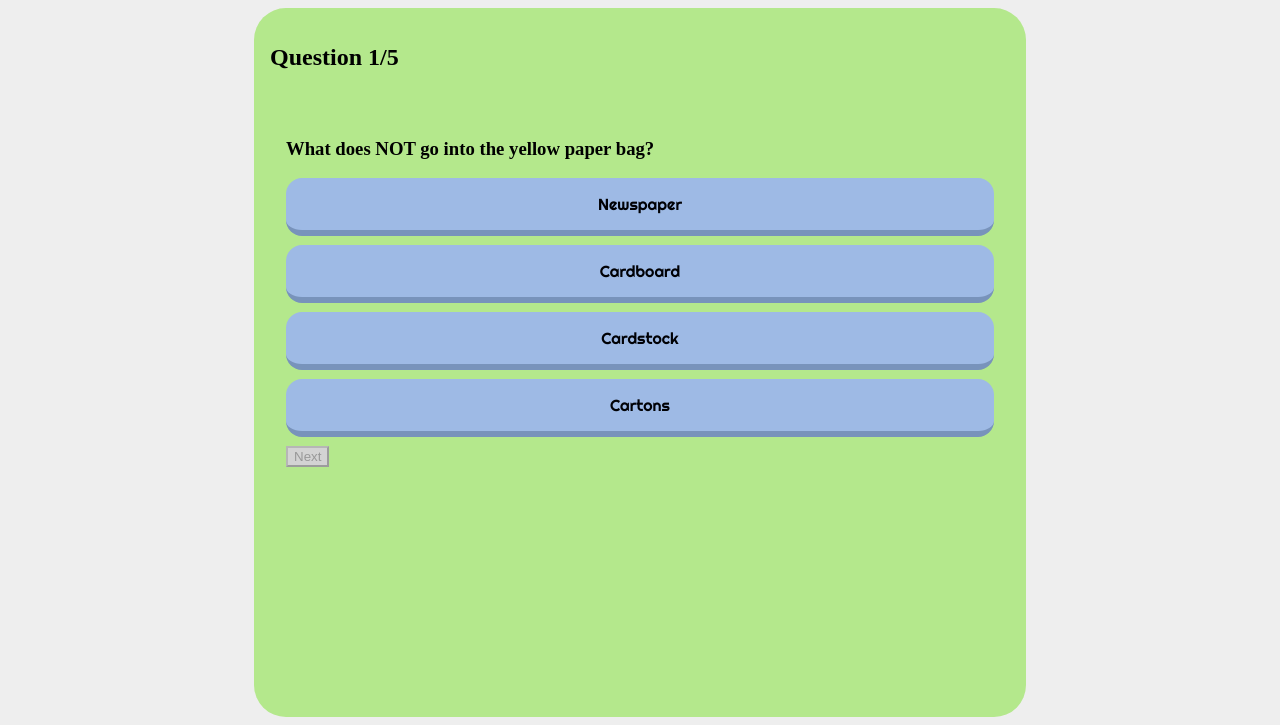
Repository: alemunden/Trash-Scavengers
Page: /quiz
These files come from the project's save history. The page is drawn as it stood at one moment and after the next save; the edit follows.
The browser window is 1280 px wide. The pictures show the whole page.
The project was rebuilt for these pictures with package versions that can differ from the ones it lists, and the page was loaded fresh each time. The framework's server and built-in components were replaced by stand-ins that run in the browser. Also part of the build but not shown: next.config.mjs.

Above is the page before, as saved 2024-04-07 20:28:15.

### pages/quiz.js
import Link from 'next/link'
import styles from '@/styles/quiz.module.css'
import { useState } from 'react'
import { quiz } from '@/data/data'

export default function Quiz() {

    const [activeQuestion, setActiveQuestion] = useState(0);
    const [selectedAnswer, setSelectedAnswer] = useState('');
    const [checked, setChecked] = useState(false);
    const [selectedAnswerIndex, setSelectedAnswerIndex] = useState(null);
    const [showResult, setShowResult] = useState(false);
    const [result, setResult] = useState({
        score: 0,
        correctAnswers: 0,
        wrongAnswers: 0
    });
    const {questions} = quiz;
    const {question, answers, correctAnswer} = questions[activeQuestion];

    // select and check answer
    const onAnswerSelected = (answer, idx) => {
        setChecked(true)
        setSelectedAnswerIndex(idx)
        if (answer === correctAnswer) {
            setSelectedAnswer(true)
            console.log('true')
        } else {
            setSelectedAnswer(false)
            console.log('false')
        }
    };

    // calculate score and increment to next question
    const nextQuestion = () => {
        setSelectedAnswerIndex(null)
        setResult((prev) =>
        selectedAnswer ?
        {
            ...prev,
            score: prev.score + 5,
            correctAnswers: prev.correctAnswers + 1
        } : {
            ...prev,
            wrongAnswers: prev.wrongAnswers + 1
        }
    );
    if (activeQuestion !== questions.length - 1) {
        setActiveQuestion((prev) => prev + 1)
    } else {
        setActiveQuestion(0)
        setShowResult(true)
    }
    setChecked(false)
    };

    return(
        <div className={styles.container}>
            <link rel="preconnect" href="https://fonts.googleapis.com"/>
            <link rel="preconnect" href="https://fonts.gstatic.com" crossorigin/>
            <link href="https://fonts.googleapis.com/css2?family=Righteous&display=swap" rel="stylesheet"/>
            <div>
                <h2 className={styles.questionHeader}>
                    Question {activeQuestion + 1}
                    <span>/{questions.length}</span>
                </h2>
            </div>
            <div>
                {!showResult ? (<div className={styles.quizContainer}>
                    <h3>{questions[activeQuestion].question}</h3>
                    {answers.map((answer, idx) => (
                        <li
                        key={idx}
                        onClick={() => onAnswerSelected(answer, idx)}
                        className={selectedAnswerIndex === idx ? 'liSelected' : 'liHover'}>
                            <span>{answer}</span>
                        </li>
                    ))}
                    {checked ? (<button onClick={nextQuestion} className={styles.btn}>{activeQuestion === question.length - 1 ? 'Finish' : 'Next'}</button>) : (<button onClick={nextQuestion} disabled className={styles.btnDisabled}>{''}{activeQuestion === question.length - 1 ? 'Finish' : 'Next'}</button>)}
                </div>) : (
                <div className={styles.quizContainer}>
                    <h3>Results</h3>
                    <h3>Overall {(result.score /25) * 100}%</h3>
                    <p>Total questions: <span>{questions.length}</span></p>
                    <p>Total score: <span>{result.score}</span></p>
                    <p>Correct answers: <span>{result.correctAnswers}</span></p>
                    <p>Wrong answers: <span>{result.wrongAnswers}</span></p>
                    <button onClick={()=> window.location.reload()}>Restart</button>
                </div>
                )}
            </div>
        </div>
    )
}

### styles/globals.css
:root {
    --white: #eee;
    --black: #000;
    --light-green: #B4E88C;
    --light-blue: #9EBAE5;
}

html, body {
    overflow-x: hidden;
    background-color: var(--white);
  }

main {
    padding: 1rem;
  }

li {
    list-style-type: none;
    cursor: pointer;
    margin: 9px 0;
    padding: 16px 8px;
    color: #000105;
    background-color: var(--light-blue);
    border-radius: 1rem;
    border-bottom: 6px solid #7893bb;
    font-family: "Righteous", sans-serif;
    text-align: center;
  }

.liHover:hover {
    background-color: #7893bb;
    columns: #fff;
}

.liSelected {
    color: #fff;
    background-color: #000925;
}

### styles/quiz.module.css
.li {
    list-style-type: none;
    cursor: pointer;
    margin: 9px 0;
    padding: 16px 8px;
    color: #000105;
    background-color: var(--light-blue);
  }

.liHover:hover {
    background-color: #d8d8d8;
    columns: #fff;
}

.liSelected {
    color: #fff;
    background-color: #000925;
}

.container {
    max-width: 740px;
    margin: auto;
    padding: 1rem;
    background-color: var(--light-green);
    border-radius: 2rem;
    height: 94vh;
}

.quizContainer {
    padding: 1rem;
    margin-top: 2rem;
    border-radius: 4px;
}

.container p {
    padding: 8px 0;
}

.btnDisabled {
    background-color: lightgray;
}

### data/data.js
export const quiz = {
    totalQuestions: 5,
    questions: [
        {
            id: 1,
            question: 'What does NOT go into the yellow paper bag?',
            answers: ['Newspaper', 'Cardboard', 'Cardstock', 'Cartons'],
            correctAnswer: 'Cartons'
        },
        {
            id: 2,
            question: 'Is foam packaging only able to be recycled at a depot?',
            answers: ['Yes', 'No'],
            correctAnswer: 'No'
        },
        {
            id: 3,
            question: 'What percentage of collected material is managed by recycling?',
            answers: ['50%', '80%', '60%', '90%'],
            correctAnswer: '90%'
        },
        {
            id: 4,
            question: 'What item goes into the blue recycling bin?',
            answers: ['Disposable hangers', 'Glass bottles', 'Plastic lids', 'Foam food containers'],
            correctAnswer: 'Plastic lids'
        },
        {
            id: 5,
            question: 'Are glass bottles able to be taken to a depot?',
            answers: ['Yes', 'No'],
            correctAnswer: 'No'
        }
    ]
}

Loaded but not shown: pages/_app.js (common file); pages/_document.js (common file)

After the next save:
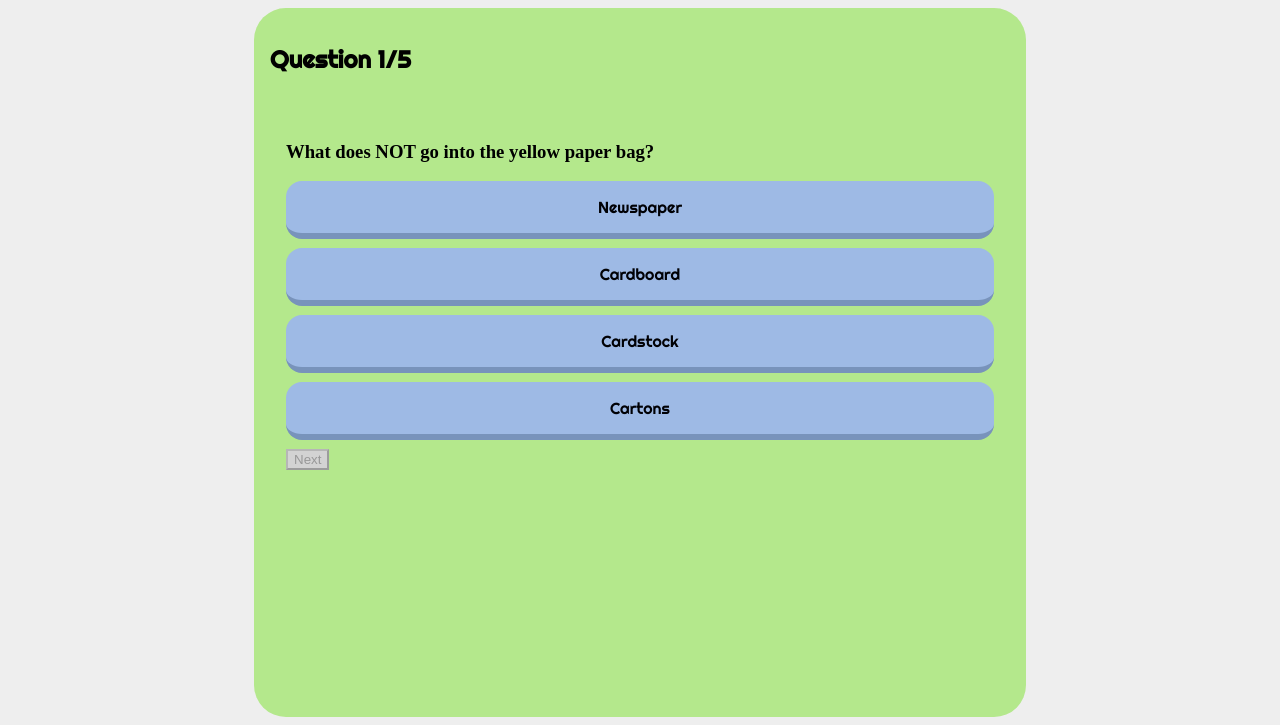
Saved 29 s later.
--- a/styles/quiz.module.css
+++ b/styles/quiz.module.css
@@ -1,3 +1,8 @@
+.questionHeader {
+    font-family: "Righteous", sans-serif;
+
+}
+
 .li {
     list-style-type: none;
     cursor: pointer;

After the save that followed:
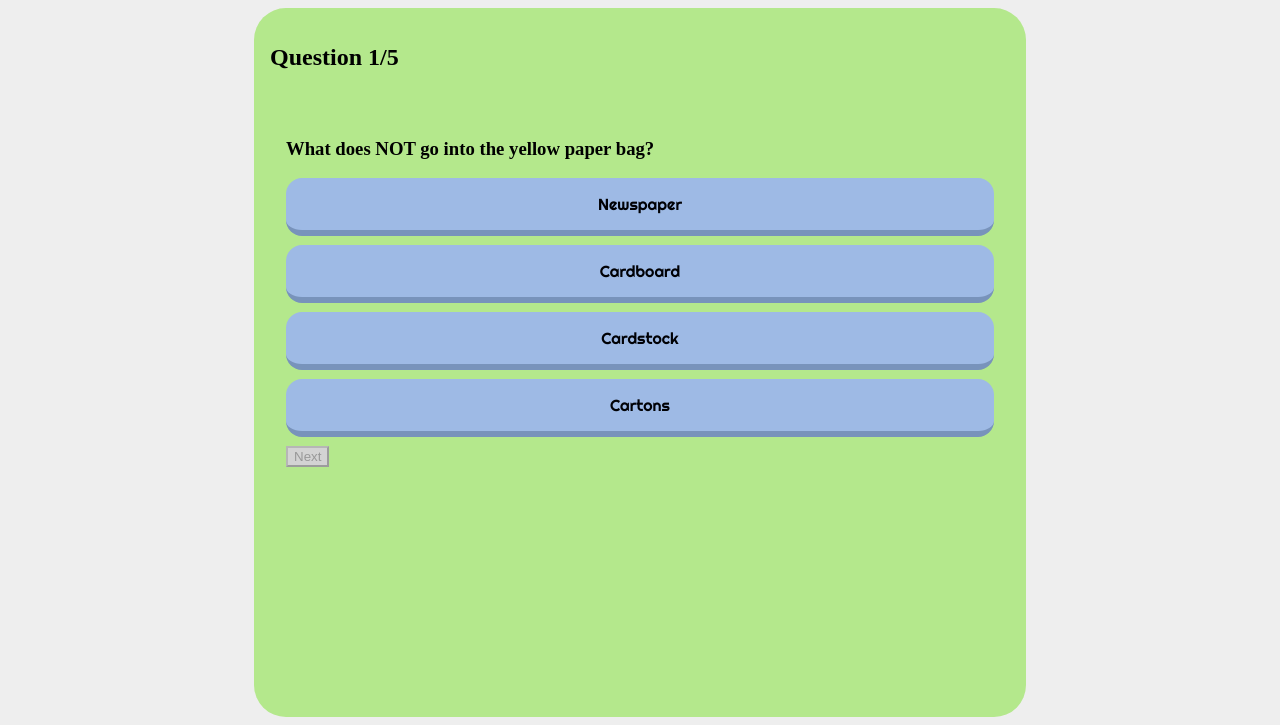
Saved 16 s later.
--- a/pages/quiz.js
+++ b/pages/quiz.js
@@ -60,7 +60,7 @@ export default function Quiz() {
             <link rel="preconnect" href="https://fonts.gstatic.com" crossorigin/>
             <link href="https://fonts.googleapis.com/css2?family=Righteous&display=swap" rel="stylesheet"/>
             <div>
-                <h2 className={styles.questionHeader}>
+                <h2 className={styles.questionHeaderText}>
                     Question {activeQuestion + 1}
                     <span>/{questions.length}</span>
                 </h2>
